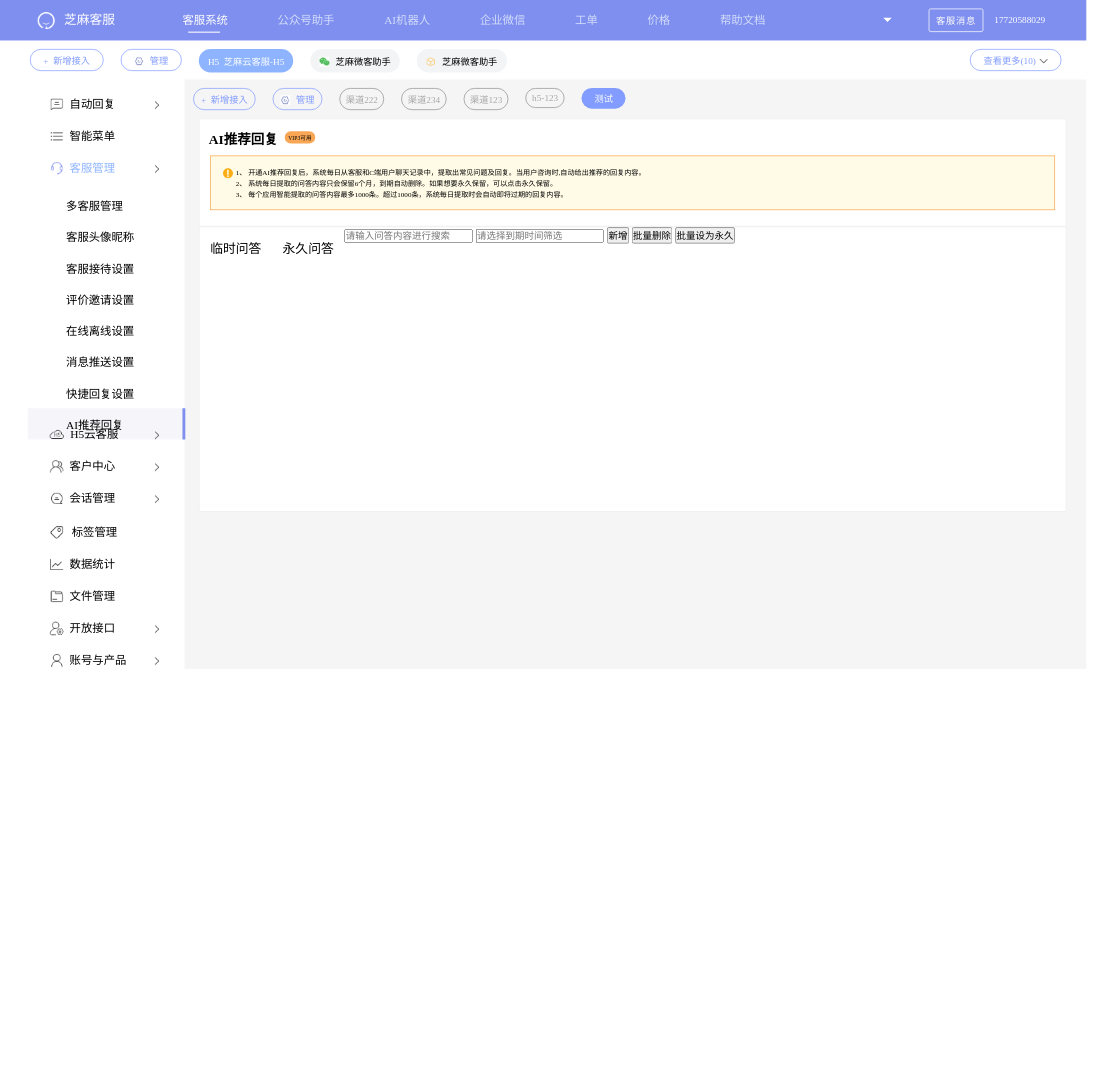
Repository: Privatexiao/projects
Page: Customer service assistant/Untitled-1.html
These files come from the project's save history. The page is drawn as it stood at one moment and after the next save; the edit follows.
The browser window is 1280 px wide. The page is 1560 px wide, so the pictures cover 1560 px, including what lies to the right of the window. The pictures show the whole page, at 71% of full size.

Above is the page before, as saved 2021-07-27 16:43:27.

### Customer service assistant/Untitled-1.html
<!DOCTYPE html>
<html lang="en">
    <head>
        <meta charset="UTF-8">
        <meta name="viewport" content="width=device-width, initial-scale=1.0, maximum-scale=1.0, user-scalable=0">
        <meta http-equiv="X-UA-Compatible" content="ie=edge">
        <title>Document</title>
        <link rel="stylesheet" type="text/css" href="Untitled-2.css" />
    </head>

    <body>
        <div class="body">
            <div class="head">
                <div class="head_left">
                    <img src="img/客服系统.png">
                    <span><a href="javaScript:">芝麻客服</a></span>
                </div>
                <div class="head_center">
                    <ul>
                        <li class="active"><a href="javaScript:">客服系统</a><img src="img/下划线.png"></li>
                        <li><a href="javaScript:">公众号助手</a></li>
                        <li><a href="javaScript:">AI机器人</a></li>
                        <li><a href="javaScript:">企业微信</a></li>
                        <li><a href="javaScript:">工单</a></li>
                        <li><a href="javaScript:">价格</a></li>
                        <li><a href="javaScript:">帮助文档</a></li>
                    </ul>
                </div>
                <div class="head_right">
                    <span>17720588029<div class="head_right_sjx"></div></span>
                    <span><a href="javaScript:">客服消息</a></span>
                </div>
            </div>
            <div class="navbar">
                <ul>
                    <li class="navbar_img1"><a href="javaStript:">+&nbsp;&nbsp;新增接入</a></li>
                    <li class="navbar_img1"><a href="javaStript:"><img src="img/设置.PNG">管理</a></li>
                    <li class="navbar_img2"><a href="javaStript:">H5&nbsp;&nbsp;芝麻云客服-H5</a></li>
                    <li class="navbar_img3"><a href="javaStript:"><img src="img/微信.PNG">芝麻微客助手</a></li>
                    <li class="navbar_img3"><a href="javaStript:"><img src="img/plugin_app_icon.png">芝麻微客助手</a></li>
                    <li class="navbar_right"><a href="javaStript:">查看更多(10)<img src="img/侧边栏图标/Pull down.png"></a></li>
                </ul>
            </div>
            <div class="left_body">
                <ul>
                    <li><img class="left_body_imgleft" src="img/侧边栏图标/icon-1.png">自动回复<img class="left_body_imgright" src="img/侧边栏图标/Put It away.png"></li>
                    <li><img class="left_body_imgleft" src="img/侧边栏图标/icon-2.png">智能菜单</li>
                    <li style="color: #8eb4ff;"><img class="left_body_imgleft" src="img/侧边栏图标/icon-3-active.png">客服管理<img class="left_body_imgright" src="img/侧边栏图标/Put It away.png"></li>
                    <div class="left_body_show">
                        <ul>
                            <li>多客服管理</li>
                            <li>客服头像昵称</li>
                            <li>客服接待设置</li>
                            <li>评价邀请设置</li>
                            <li>在线离线设置</li>
                            <li>消息推送设置</li>
                            <li>快捷回复设置</li>
                            <li style=" background-color: #f6f5fa;
                            border-right: 4px solid#7f8fef;">AI推荐回复</li>
                        </ul>
                    </div>
                    <li><img class="left_body_imgleft" src="img/侧边栏图标/icon-4.png">H5云客服<img class="left_body_imgright" src="img/侧边栏图标/Put It away.png"></li>
                    <li><img class="left_body_imgleft" src="img/侧边栏图标/icon-5.png">客户中心<img class="left_body_imgright" src="img/侧边栏图标/Put It away.png"></li>
                    <li><img class="left_body_imgleft" src="img/侧边栏图标/icon-12.png">会话管理<img class="left_body_imgright" src="img/侧边栏图标/Put It away.png"></li>
                    <li><img class="left_body_imgleft" src="img/侧边栏图标/icon-6.png">标签管理</li>
                    <li><img class="left_body_imgleft" src="img/侧边栏图标/icon-7.png">数据统计</li>
                    <li><img class="left_body_imgleft" src="img/侧边栏图标/icon-8.png">文件管理</li>
                    <li><img class="left_body_imgleft" src="img/侧边栏图标/icon-9.png">开放接口<img class="left_body_imgright" src="img/侧边栏图标/Put It away.png"></li>
                    <li><img class="left_body_imgleft" src="img/侧边栏图标/icon-10.png">账号与产品<img class="left_body_imgright" src="img/侧边栏图标/Put It away.png"></li>

                </ul>
            </div>
            <div class="right_body">
                <div class="right_body_ztl">
                    <ul>
                        <li class="right_body_ztlimg"><a href="javaStript:">+&nbsp;&nbsp;新增接入</a></li>
                        <li class="right_body_ztlimg"><a href="javaStript:"><img src="img/设置.PNG">管理</a></li>
                        <li class="right_body_ztlimg1"><a href="javaStript:">渠道222</a></li>
                        <li class="right_body_ztlimg1"><a href="javaStript:">渠道234</a></li>
                        <li class="right_body_ztlimg1"><a href="javaStript:">渠道123</a></li>
                        <li class="right_body_ztlimg1"><a href="javaStript:">h5-123</a></li>
                        <li class="right_body_ztlimg2"><a href="javaStript:">测试</a></li>
                    </ul>
                </div>
                <div class="right_body_AI">
                    <div class="right_body_AIbt">
                        <p>AI推荐回复</p><span>VIP3可用</span>
                    </div>
                    <div class="right_body_AInr">
                        <img src="img/提示感叹号.png">
                        <p>1、 开通AI推荐回复后，系统每日从客服和C端用户聊天记录中，提取出常见问题及回复。当用户咨询时,自动给出推荐的回复内容。</p>
                        <p>2、 系统每日提取的问答内容只会保留6个月，到期自动删除。如果想要永久保留，可以点击永久保留。</p>
                        <p>3、 每个应用智能提取的问答内容最多1000条。超过1000条，系统每日提取时会自动即将过期的回复内容。</p>
                    </div>
                </div>

                <div class="right_body_body">
                    <div class="temporary">
                        <p><a href="javaStript:">临时问答</a></p><span><a href="javaSctipt:">永久问答</a></span>
                    </div>
                    <div class="temporary_warning">
                        <p></p>
                    </div>
                    <div class="btn">
                        <input type="text" name="" placeholder="请输入问答内容进行搜索">
                        <input type="datetime" name="" placeholder="请选择到期时间筛选">
                        <button type="button" name="" value="新增">新增</button>
                        <button type="button" name="" value="批量删除">批量删除</button>
                        <button type="button" name="" value="批量设为永久">批量设为永久</button>
                    </div>
                </div>
            </div>

        </div>
    </body>

</html>

### Customer service assistant/Untitled-2.css
/* 全局配置 */
a{
    color: rgb(34, 34, 34);
    text-decoration: none;
}
ul,ol{
    list-style: none;
}
em{
    font-style: normal;
}
*{
    margin: 0;
    padding: 0;
}
.body{
    min-width: 1530px;
    width: 1530px;
    height: 1500px;
}

/* 状态栏 */
.body .head{
    width: 100%;
    height: 57px;
    background-color: #7f8fef;
}
/* 芝麻客服 */
.head .head_left a{
    margin-right: 60px;
    line-height: 57px;
    font-size: 18px;
    float: left;
    color: white;
}
/* 芝麻客服图片 */
.head .head_left img{
    position: relative;
    top: 14px;
    left: -10px;
    float: left;
    margin-left:60px;

}
/* 客服系统 */
.head .head_center .active a{
    color: white;
}
/* 客服系统下划线 */
.head .head_center .active img{
    position: absolute;
    width: 45px;
    top: 22px;
    left: 265px;
}
/* 客服系统状态栏 */
.head .head_center a{
    color: #d2dcfa;
    font-size: 16px;
    float: left;
    line-height: 57px;
    margin: 0 35px;
}
.head .head_right{
    margin-right: 50px;
}

/* 账号数字 */
.head .head_right span,a{
    font-size: 15px;
    float: right;
    font-size: 13px;
    line-height: 57px;
    color: white;
    margin-right: 8px;
}

/* 客服消息 */
.head .head_right span a{
    letter-spacing: 1px;
    line-height: normal;
    font-size: 13px;
    margin-top: 12px;
    padding: 6px 9px;
    border-radius: 3px;
    border: 1px solid white;
}
/* 账号右边三角形 */
.head .head_right span .head_right_sjx{
    position:absolute;
    top: 25px;
    right: 24px;
    border: 6px solid transparent;
    border-bottom: none;
    border-top-color: rgb(255, 255, 255);
}
.head a:hover{
    color: white;
}

/* 二级状态栏 */
.navbar{
    height: 55px;
    width: 100%;
    float: left;
    margin-left: 30px;
}

.navbar ul a{
    line-height: normal;
    color: black;
    float: left;
    margin: 12px;
    border-radius: 30px;
}
.navbar ul .navbar_img1 a{
    padding: 5px 18px;
    color: #829cff;
    border: 1px solid #829cff;
}
.navbar ul .navbar_img2 a{
    padding: 7px 13px;
    background-color: #8eb4ff;
    color: white;
}
.navbar ul .navbar_img3 a{
    padding: 7px 13px;
    color: black;
    background-color: #f2f4f5;
}
.navbar ul .navbar_img1 img,.navbar_img3 img{
    width: 14px;
    height: 14px;
    position: relative;
    top: 3px;
    margin-right: 8px;
}
.navbar ul .navbar_right a{
    margin-right: 65px;
    float: right;
    padding: 5px 18px;
    color: #829cff;
    border: 1px solid #829cff;
}
.navbar ul .navbar_right img{
    margin-left: 5px;
}


/* 左边竖目录 */
.left_body{
    float: left;
    width: 175px;
    height: 1080px;
    background-color: #ffffff;
    position: relative;
}
.left_body ul li{
    margin: 20px 0;
    text-align: left;
    position: relative;
    left: 70px;
}
.left_body ul li .left_body_imgleft{
    position: relative;
    top: 5px;
    margin-right: 8px;
}
.left_body ul li .left_body_imgright{
    position: absolute;
    right: 20px;
    margin-top: 10px;
}
.left_body ul li:hover{
    color: #7f8fef;
    cursor: pointer;
}

.left_body .left_body_show{
    height: 310px;
}
.left_body .left_body_show li{
    margin: 0;
    padding: 10px 54px;
    position: relative;
    left: 39px;
    width: 110px;
}

.left_body .left_body_show li:hover{
    background-color: #f6f5fa;
    border-right: 4px solid#7f8fef;
}


/* 右边主体第一个标题栏 */
.body .right_body{
    height: 830px;
    width: 1270px;
    float: left;
    margin-left: 85px;
    background-color: #f5f5f5;
}
.right_body .right_body_ztl ul a{
    line-height: normal;
    color: black;
    float: left;
    margin: 12px;
    border-radius: 30px;
}
.right_body .right_body_ztl ul .right_body_ztlimg a{
    padding: 5px 10px;
    color: #829cff;
    border: 1px solid #829cff;
}
.right_body .right_body_ztl ul .right_body_ztlimg1 a{
    padding: 5px 8px;
    color: #a7a7a7;
    border: 1px solid #8f8f8f;
}
.right_body .right_body_ztl ul .right_body_ztlimg2 a{
    padding: 5px 18px;
    color: #ffffff;
    background-color: #829cff;
}
.right_body .right_body_ztl ul .right_body_ztlimg img{
    width: 14px;
    height: 14px;
    position: relative;
    top: 3px;
    margin-right: 8px;
}

/* AI推荐回复 */
.right_body .right_body_AI{
    height: 150px;
    width: 1220px;
    float: left;
    margin-left: 20px;
    background-color: #ffffff;
    position: relative;
    border: 1px solid#ebebeb;
}
.right_body .right_body_AI .right_body_AIbt{
    width: 200px;
    height: 50px;
    position: relative;
}
.right_body .right_body_AI .right_body_AIbt>p{
    font-weight: bold;
    color: black;
    float: left;
    font-size: 19px;
    padding: 5px;
    margin: 8px;
}
.right_body .right_body_AI .right_body_AIbt span{
    border-radius: 30px;
    background-color: #f9a755;
    padding: 3px 5px;
    float: left;
    font-size: 8px;
    position:absolute;
    top: 17px;
    left: 120px;
}
.right_body .right_body_AI .right_body_AInr img{
    position: absolute;
    top: 66px;
    left: 30px;
}
.right_body .right_body_AI .right_body_AInr{
    padding: 15px 35px;
    margin: 1px 15px;
    font-size: 10px;
    background-color: #fffbe6;
    border: 1px solid #f9a755;
}


/* 临时问答 */
.right_body_body{
    height: 400px;
    width: 1220px;
    float: left;
    margin-left: 20px;
    background-color: #ffffff;
    border: 1px solid#ebebeb;
}
.right_body_body .temporary a{
    float: left;
    color: black;
    line-height: normal;
    font-size: 18px;
    margin: 15px;
}

After the next save:
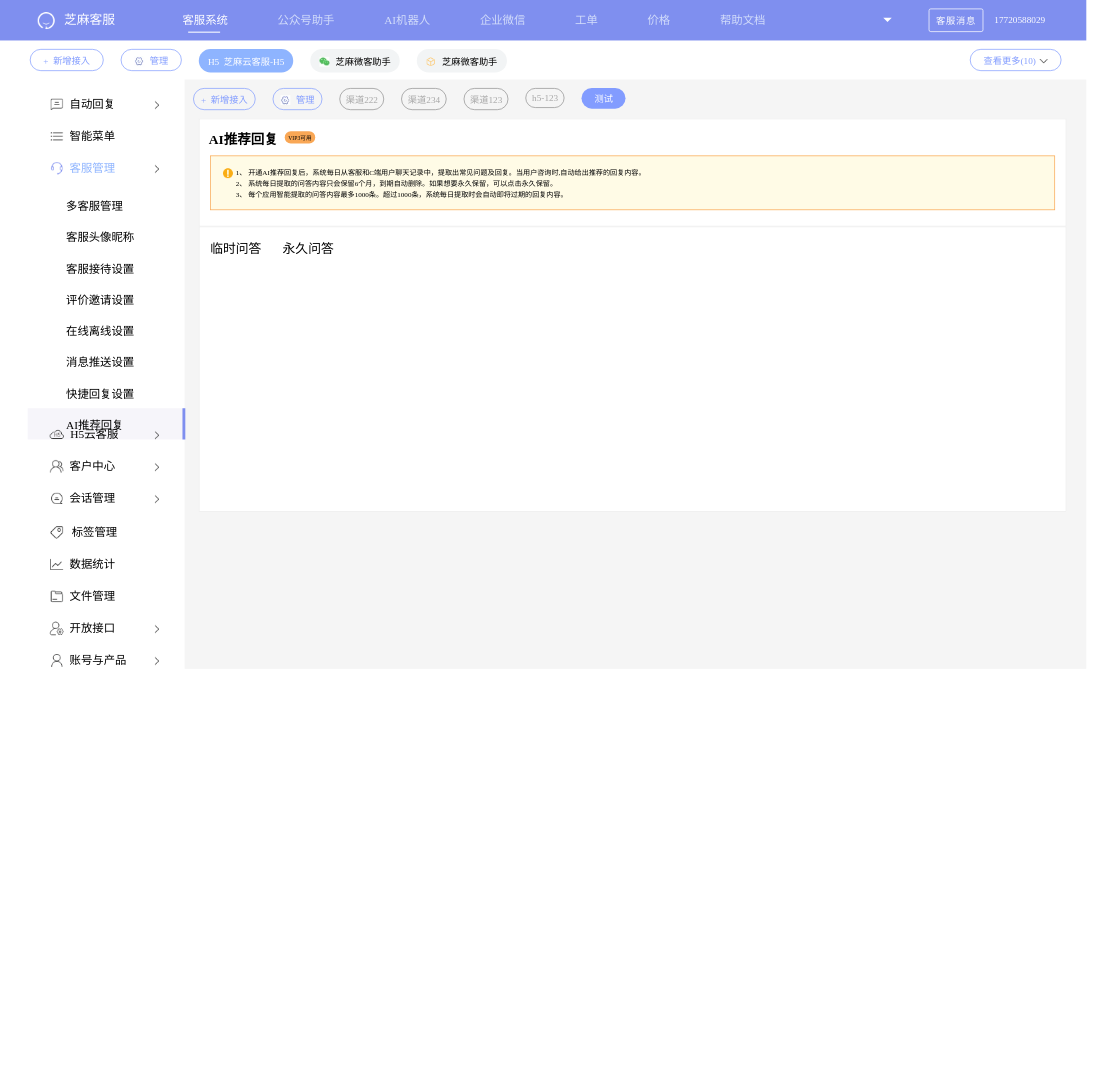
Saved 87 s later.
--- a/Customer service assistant/Untitled-1.html
+++ b/Customer service assistant/Untitled-1.html
@@ -101,13 +101,13 @@
                     <div class="temporary_warning">
                         <p></p>
                     </div>
-                    <div class="btn">
+                    <!-- <div class="btn">
                         <input type="text" name="" placeholder="请输入问答内容进行搜索">
                         <input type="datetime" name="" placeholder="请选择到期时间筛选">
                         <button type="button" name="" value="新增">新增</button>
                         <button type="button" name="" value="批量删除">批量删除</button>
                         <button type="button" name="" value="批量设为永久">批量设为永久</button>
-                    </div>
+                    </div> -->
                 </div>
             </div>
 
